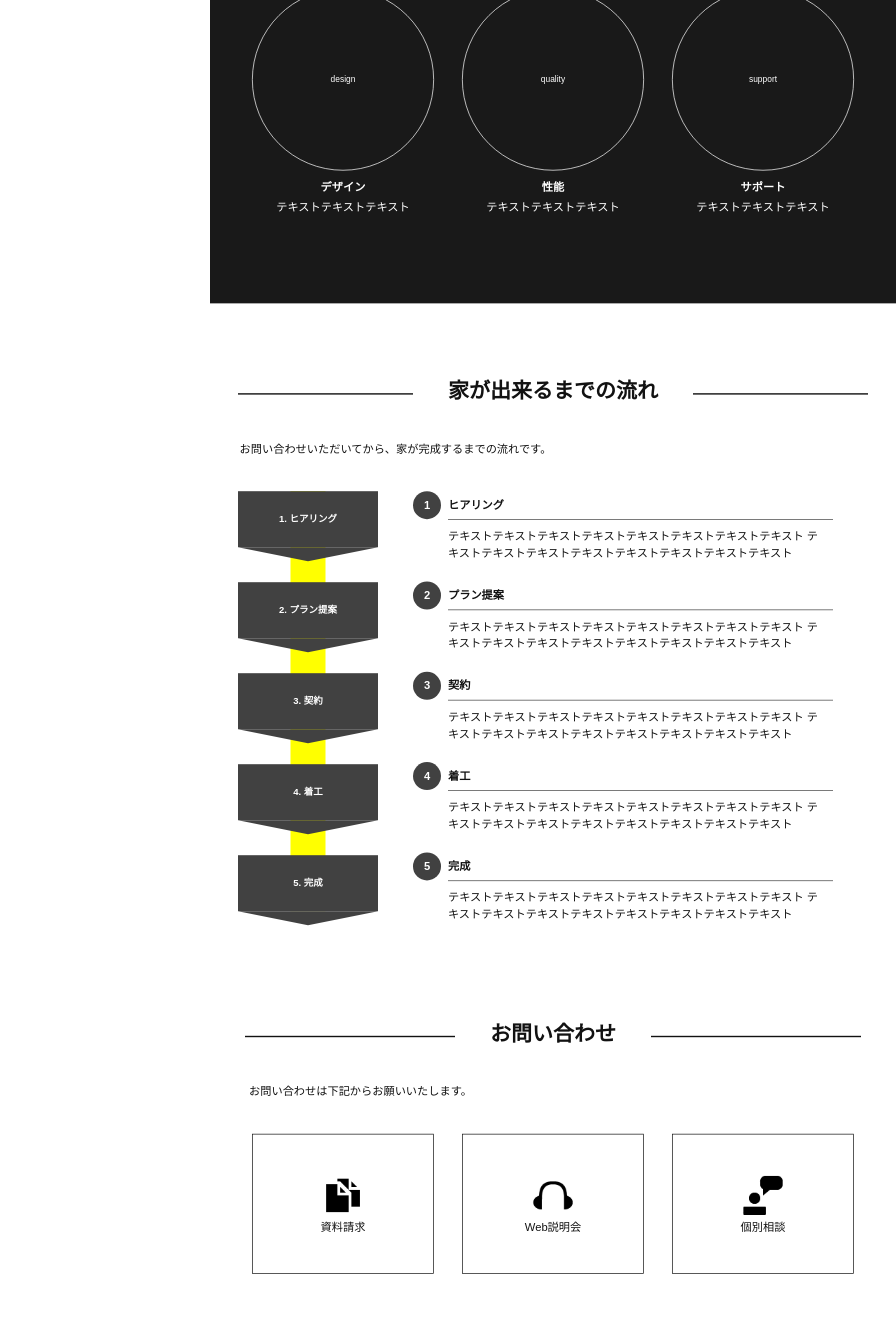
Repository: n19880405nick/challenge
Page: Codestep/House/house.html
The author's editor kept a record of every edit. The page is drawn from the files as they stood at one moment, then again after the next edit.
The browser window is 1280 px wide. The pictures show the part of the page from y = 1724 to 3644 px (the page is 3644 px tall), at 70% of full size.

Above is the page before.

### Codestep/House/house.html
<!DOCTYPE html>
<html lang="ja">
  <head>
    <meta charset="utf-8">
    <meta name="viewport" content="width=device-width, initial-scale=1.0">
    <title>明るいHOUSE</title>
    <link rel="stylesheet" href="house.css">
    <link rel="shortcut icon" href="img/favicon.ico">
    <script src="https://ajax.googleapis.com/ajax/libs/jquery/3.5.1/jquery.min.js"></script>
    <script src="main.js"></script>
  </head>

  <body>
    <header>
      <a href=""><img class="logo" src="img/logo.svg"></a>
      <nav>
        <ul>
          <li><a href="">私たちについて</a></li>
          <li><a href="">サービス</a></li>
          <li><a href="">商品情報</a></li>
          <li><a href="">展示会</a></li>
          <li><a href="">暮らしの日記</a></li>
          <li><a href="">会社概要</a></li>
          <li><a href="https://twitter.com/">Twitter</a></li>
          <li><a href="https://www.facebook.com/">Facebook</a></li>
          <li><a href="https://www.instagram.com/">Instagram</a></li>
        </ul>
      </nav>
      <button class="hamburger">
        <span></span>
        <span></span>
        <span></span>
      </button>
    </header>

    <main>
      <div class="totop"><a href="#"></a></div>
      <div id="background"></div>

      <section id="introduce">
        <span class="title">建築事例をご紹介</span>
        <div class="intro-contents">
          <a class="intro-content1" href="">
            <span class="intro-text">PROJECT_01</span>
          </a>
          <a class="intro-content2" href="">
            <span class="intro-text">PROJECT_02</span>
          </a>
          <a class="intro-content3" href="#">
            <span class="intro-text">PROJECT_03</span>
          </a>
          <a class="intro-content4" href="#">
            <span class="intro-text">PROJECT_04</span>
          </a>
        </div>
      </section>

      <section id="feature">
        <span class="title">明るいHOUSEの特徴</span>
          <div class="feature-contents">
          <div class="feature-content">
            <a class="circle" href="#">
              <span class=""
              <span>design</span>
            </a>
            <p>デザイン</p>
            <p>テキストテキストテキスト</p>
          </div>
          <div class="feature-content">
            <a class="circle" href="#">
              <span>quality</span>
            </a>
            <p>性能</p>
            <p>テキストテキストテキスト</p>
          </div>
          <div class="feature-content">
            <a class="circle" href="#">
              <span>support</span>
            </a>
            <p>サポート</p>
            <p>テキストテキストテキスト</p>
          </div>
        </div>
      </section>

      <section id="step">
        <span class="title">家が出来るまでの流れ</span>
        <p>お問い合わせいただいてから、家が完成するまでの流れです。</p>
        <div class="step-contents">
          <ol class="flow">
            <li>ヒアリング</li>
            <li>プラン提案</li>
            <li>契約</li>
            <li>着工</li>
            <li>完成</li>
          </ol>
          <dl class="step-texts">
            <dt><span>1</span>ヒアリング</dt>
            <dd>
              テキストテキストテキストテキストテキストテキストテキストテキスト
              テキストテキストテキストテキストテキストテキストテキストテキスト
            </dd>
            <dt><span>2</span>プラン提案</dt>
            <dd>
              テキストテキストテキストテキストテキストテキストテキストテキスト
              テキストテキストテキストテキストテキストテキストテキストテキスト
            </dd>
            <dt><span>3</span>契約</dt>
            <dd>
              テキストテキストテキストテキストテキストテキストテキストテキスト
              テキストテキストテキストテキストテキストテキストテキストテキスト
            </dd>
            <dt><span>4</span>着工</dt>
            <dd>
              テキストテキストテキストテキストテキストテキストテキストテキスト
              テキストテキストテキストテキストテキストテキストテキストテキスト
            </dd>
            <dt><span>5</span>完成</dt>
            <dd>
              テキストテキストテキストテキストテキストテキストテキストテキスト
              テキストテキストテキストテキストテキストテキストテキストテキスト
            </dd>
          </dl>
        </div>
      </section>

      <section id="contact">
        <span class="title">お問い合わせ</span>
        <p>お問い合わせは下記からお願いいたします。</p>
        <div class="contact-contents">
          <a class="contact-content" href="">
            <img class="contact-image" src="img/icon-document.png">
            <span>資料請求</span>
          </a>
          <a class="contact-content" href="">
            <img class="contact-image" src="img/icon-seminar.png">
            <span>Web説明会</span>
          </a>
          <a class="contact-content" href="">
            <img class="contact-image" src="img/icon-talk.png">
            <span>個別相談</span>
          </a>
        </div>
      </section>

    </main>

    <footer></footer>
  </body>
</html>

### Codestep/House/house.css
*{
  margin: 0;
  padding: 0;
  box-sizing: border-box;
}

body{
  color: #121212;
  font-family: 'Noto Sans JP', sans-serif;
}
/*header*/
header{
  width: 300px;
  height: 100vh;
  position: fixed;
}

.logo{
  width: 200px;
  height: 100px;
  margin: 30px 0 0 40px;
}

nav ul{
  margin: 20px 0 0 50px;
  font-size: 14px;
}

nav ul li{
  margin: 15px 0;
  list-style: none;
}

nav ul li:nth-child(7){
  margin-top: 30px;
}

a{
  color: #121212;
  text-decoration: none;
}
/*レスポンシブにて表示部分*/
.hamburger{
  width: 100px;
  height: 100px;
  background-color: transparent;
  border-color: transparent;
  position: absolute;
  top: 0;
  right: 0;
  visibility: hidden;
  opacity: 0;
}
/*main*/
main{
  width: calc(100vw - 300px);
  margin-left: 300px;
  position: relative;
}

#background{
  width: calc(100vw - 300px);
  height: 100vh;
  background-image: url("img/bg.gif");
  background-repeat: repeat;
  position: sticky;
  top: 0;
  z-index: -3;
  animation: bgloop 10s linear infinite;
}

@keyframes bgloop{
  0% { background-position: 0 0;}
  100% { background-position: -700px 700px;}
}
/*introduce*/
#introduce{
  text-align: center;
  background: linear-gradient(to bottom, transparent, rgba(0, 0, 0, 0.9));
}

.title{
  max-width: 900px;
  margin: 0 auto;
  font-size: 30px;
  font-weight: bold;
  position: relative;
  color: white;
}

.title::before, .title::after{
  content: "";
  position: absolute;
  top: 20px;
  width: 250px;
  height: 2px;
  background-color: white;
}

.title::before{
  left: -300px;
}

.title::after{
  right: -300px;
}

.intro-contents{
  max-width: 900px;
  margin: 50px auto 0;
  display: flex;
  flex-wrap: wrap;
}

.intro-content1, .intro-content2,
.intro-content3, .intro-content4{
  width: 400px;
  height: 300px;
  margin: 25px;
  border: solid 1px white;
  background-position: center;
  background-size: cover;
  position: relative;
}

.intro-content1{
  background-image: url("img/project1.jpg");
}

.intro-content2{
  background-image: url("img/project2.jpg");
}

.intro-content3{
  background-image: url("img/project3.jpg");
}

.intro-content4{
  background-image: url("img/project4.jpg");
}

.intro-content1::after,
.intro-content2::after,
.intro-content3::after,
.intro-content4::after{
  content: "";
  width: 100%;
  height: 100%;
  position: absolute;
  bottom: 0;
  left: 0;
  box-shadow:inset 0 -40px 10px -10px gray;
  z-index: 2;
}

.intro-text{
  font-size: 14px;
  position: absolute;
  bottom: 0;
  left: 5px;
  color: white;
  z-index: 3;
}

/*feature*/
#feature{
  padding: 100px 0 50px;
  text-align: center;
  background-color:rgba(0, 0, 0, 0.9);
}

.feature-contents,
.step-contents, .contact-contents{
  max-width: 900px;
  margin: 50px auto 0;
  display: flex;
}

.feature-content{
  width: 300px;
  height: 400px;
  color: white;
  text-align: center;
}

.circle{
  width: 260px;
  height: 260px;
  color: white;
  margin: 0 auto;
  border: solid 1px white;
  border-radius: 130px;
  display: flex;
  align-items: center;
  justify-content: center;
  position: relative;
  overflow: hidden;
}

.circle::before{
  content: "";
  width: 100%;
  height: 100%;
  background-color: #fff;
  opacity: 0.3;
  position: absolute;
  left: -100%;
  transition: 0.5s;
}

.circle:hover::before{
  left: 0;
}

.circle span{
  font-size: 12px;
}

.feature-content p:nth-child(2){
  margin: 10px 0 5px;
  font-weight: bold;
}

/*step*/
#step, #contact{
  padding-top: 100px;
  background-color: white;
  text-align: center;
}

#step .title,
#contact .title{
  color: #121212;
}

#step .title::before,
#step .title::after{
  background-color: #121212;
}

#step p{
  margin: 50px 450px 30px 0;
}

.flow, .step-texts{
  display: flex;
  flex-direction: column;
}

.flow{
  width: 250px;
  position: relative;
}

.flow::before{
  content: "";
  width: 50px;
  height: 600px;
  background-color: yellow;
  position: absolute;
  top: 0;
  left: 75px;
  z-index: 1;
}

.flow li{
  list-style-position: inside;
  width: 200px;
  height: 80px;
  font-size: 0.85rem;
  font-weight: bold;
  background-color: #414141;
  color: white;
  margin-bottom: 50px;
  z-index: 2;
  line-height: 80px;
  position: relative;
}

.flow li::before{
  content: "";
  position: absolute;
  top: 80px;
  left: 0;
  border: 100px solid transparent;
  border-top: 20px solid #414141;
}

.step-texts{
  width: 600px;
  text-align: left;
}

.step-texts dt{
  line-height: 40px;
  font-weight: bold;
}

.step-texts span{
  color: white;
  width: 40px;
  height: 40px;
  display: inline-block;
  background-color: #414141;
  border-radius: 20px;
  text-align: center;
  margin-right: 10px;
}

.step-texts dd{
  padding: 10px 10px 30px 0;
  margin-left: 50px;
  border-top: solid 1px #414141;
}
/*contact*/
#contact .title::before,
#contact .title::after{
  background-color: #121212;
  width: 300px;
}

#contact .title::before{
  left: -350px;
}

#contact .title::after{
  right: -350px;
}

#contact p{
  margin: 50px 550px 30px 0;
}

.contact-contents{
  justify-content: center;
  margin-bottom: 100px;
}

.contact-content{
  width: 260px;
  height: 200px;
  border: 1px solid #121212;
  display: flex;
  flex-direction: column;
  align-items: center;
  justify-content: center;
  position: relative;
}

.contact-content::before{
  content: "";
  position: absolute;
  bottom: 5px;
  right: 5px;
  width: 15px;
  height: 15px;
  border: 15px solid transparent;
}

.contact-content:nth-child(2){
  margin: 0 40px;
}

Loaded but not shown: Codestep/House/main.js (no copy from this time; the picture is the same without it)

After the next edit:
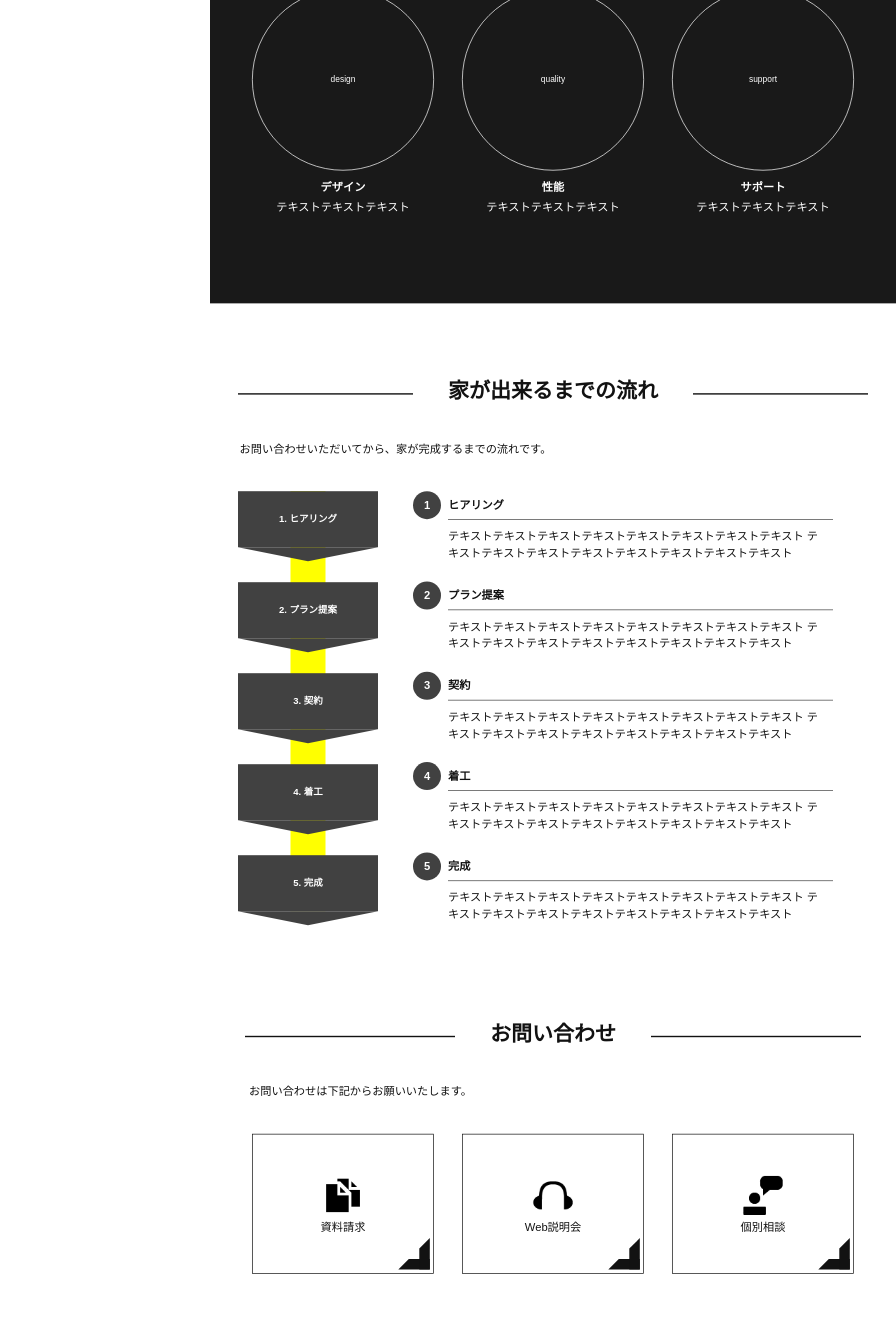
The edit:
--- a/Codestep/House/house.css
+++ b/Codestep/House/house.css
@@ -355,6 +355,8 @@
   width: 15px;
   height: 15px;
   border: 15px solid transparent;
+  border-bottom: 15px solid #121212;
+  border-right: 15px solid #121212;
 }
 
 .contact-content:nth-child(2){
